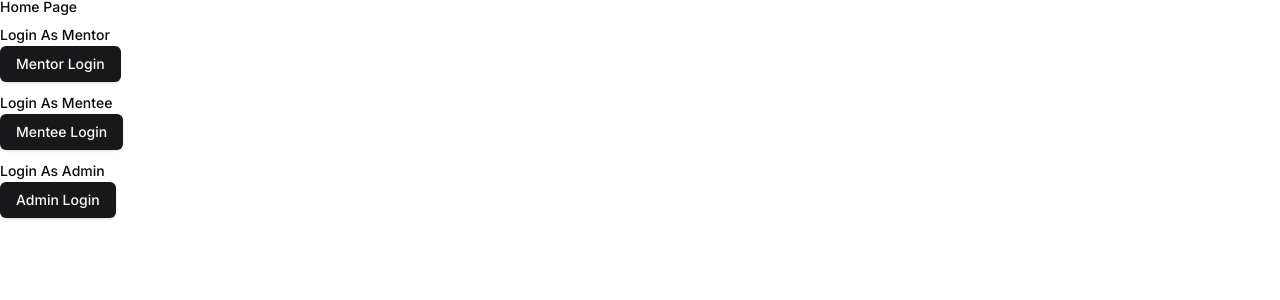
Repository: gauravbhindwar/mentorlink
Page: /
An editor plug-in stored every save of this project. The page is shown before and after a run of saves, followed by the edit.
The browser window is 1280 px wide. The pictures show the whole page.
The project was rebuilt for these pictures with package versions that can differ from the ones it lists, and the page was loaded fresh each time. The framework's server and built-in components were replaced by stand-ins that run in the browser. Also part of the build but not shown: next.config.js, next.config.ts.

Above is the page before, as saved 2024-11-06 12:29:55.

### src/app/layout.tsx
import type { Metadata } from "next";
import { Inter } from "next/font/google";
import "./globals.css";

const inter = Inter({ subsets: ["latin"] });

export const metadata: Metadata = {
  title: "Faculty Subject Selector",
  description: "By: MUJ",
};

export default function RootLayout({
  children,
}: Readonly<{
  children: React.ReactNode;
}>) {
  return (
    <html lang="en" suppressHydrationWarning>
      <body className={inter.className} suppressHydrationWarning>
        <div>{children}</div>
      </body>
    </html>
  );
}

### src/app/page.tsx
import HomePage from "@/components/HomePage/HomePage";
export default function Home() {
  return (
    <div>
      <HomePage />
    </div>
  );
}

### src/components/HomePage/HomePage.jsx
import React from 'react'
import { Button } from '../ui/button'
import { Label } from '@/components/ui/label';

const HomePage = () => {
    return (
        <div className='flex flex-col gap-2'>
            <Label>Home Page</Label>

            <div>
                <div>
                    <Label>Login As Mentor</Label>
                </div>
                <Button>Mentor Login</Button>
            </div>
            <div>
                <div>
                    <Label>Login As Mentee</Label>
                </div>
                <Button>Mentee Login</Button>
            </div>
            <div>
                <div>
                    <Label>Login As Admin</Label>
                </div>
                <Button>Admin Login</Button>
            </div>
        </div>
    )
}

export default HomePage

### src/components/ui/button.tsx
import * as React from "react"
import { Slot } from "@radix-ui/react-slot"
import { cva, type VariantProps } from "class-variance-authority"

import { cn } from "@/lib/utils"

const buttonVariants = cva(
  "inline-flex items-center justify-center gap-2 whitespace-nowrap rounded-md text-sm font-medium transition-colors focus-visible:outline-none focus-visible:ring-1 focus-visible:ring-ring disabled:pointer-events-none disabled:opacity-50 [&_svg]:pointer-events-none [&_svg]:size-4 [&_svg]:shrink-0",
  {
    variants: {
      variant: {
        default:
          "bg-primary text-primary-foreground shadow hover:bg-primary/90",
        destructive:
          "bg-destructive text-destructive-foreground shadow-sm hover:bg-destructive/90",
        outline:
          "border border-input bg-background shadow-sm hover:bg-accent hover:text-accent-foreground",
        secondary:
          "bg-secondary text-secondary-foreground shadow-sm hover:bg-secondary/80",
        ghost: "hover:bg-accent hover:text-accent-foreground",
        link: "text-primary underline-offset-4 hover:underline",
      },
      size: {
        default: "h-9 px-4 py-2",
        sm: "h-8 rounded-md px-3 text-xs",
        lg: "h-10 rounded-md px-8",
        icon: "h-9 w-9",
      },
    },
    defaultVariants: {
      variant: "default",
      size: "default",
    },
  }
)

export interface ButtonProps
  extends React.ButtonHTMLAttributes<HTMLButtonElement>,
    VariantProps<typeof buttonVariants> {
  asChild?: boolean
}

const Button = React.forwardRef<HTMLButtonElement, ButtonProps>(
  ({ className, variant, size, asChild = false, ...props }, ref) => {
    const Comp = asChild ? Slot : "button"
    return (
      <Comp
        className={cn(buttonVariants({ variant, size, className }))}
        ref={ref}
        {...props}
      />
    )
  }
)
Button.displayName = "Button"

export { Button, buttonVariants }

### src/components/ui/label.tsx
"use client"

import * as React from "react"
import * as LabelPrimitive from "@radix-ui/react-label"
import { cva, type VariantProps } from "class-variance-authority"

import { cn } from "@/lib/utils"

const labelVariants = cva(
  "text-sm font-medium leading-none peer-disabled:cursor-not-allowed peer-disabled:opacity-70"
)

const Label = React.forwardRef<
  React.ElementRef<typeof LabelPrimitive.Root>,
  React.ComponentPropsWithoutRef<typeof LabelPrimitive.Root> &
    VariantProps<typeof labelVariants>
>(({ className, ...props }, ref) => (
  <LabelPrimitive.Root
    ref={ref}
    className={cn(labelVariants(), className)}
    {...props}
  />
))
Label.displayName = LabelPrimitive.Root.displayName

export { Label }

Loaded but not shown: src/app/globals.css (common file); src/lib/utils.ts (common file); tailwind.config.ts (common file)

After the next 2 saves:
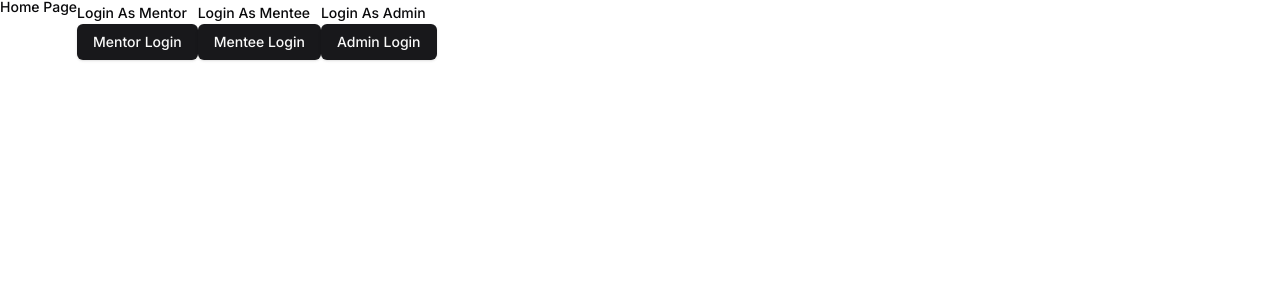
The 2 saves are shown as one change because they came seconds apart.
The last was saved 39 s later.
--- a/src/components/HomePage/HomePage.jsx
+++ b/src/components/HomePage/HomePage.jsx
@@ -4,7 +4,7 @@
 
 const HomePage = () => {
     return (
-        <div className='flex flex-col gap-2'>
+        <div className='flex'>
             <Label>Home Page</Label>
 
             <div>
